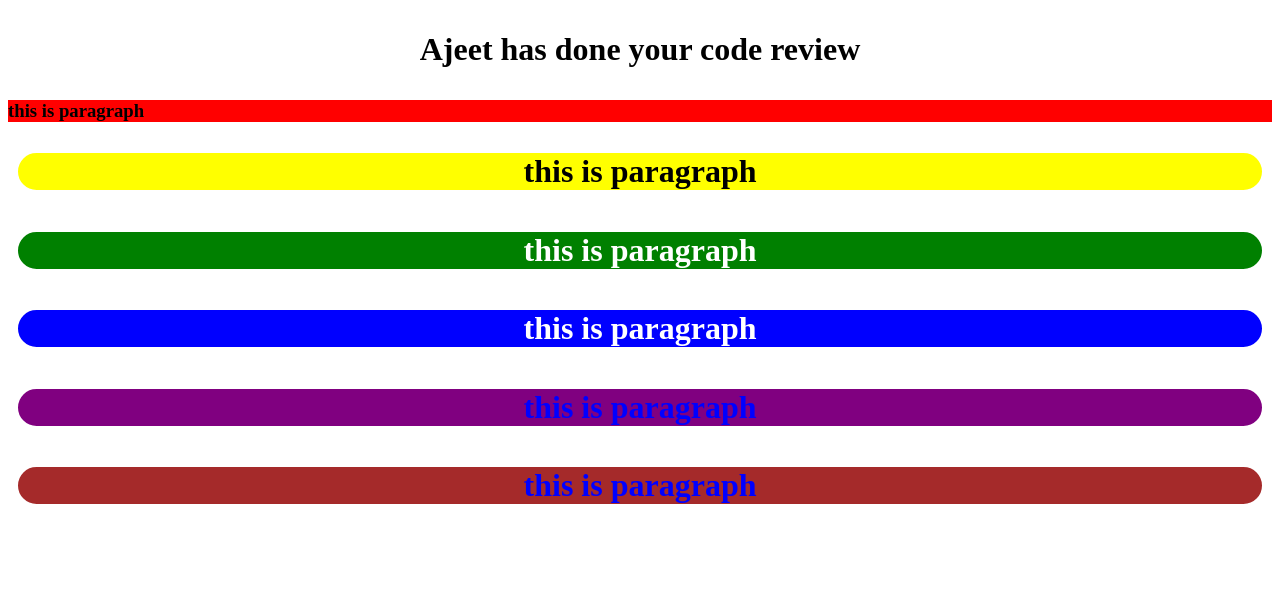
Repository: 1ShivamPandey/shivamajeetcodes
Page: index.html
An editor plug-in stored every save of this project. The page is shown before and after the next save, followed by the edit.
The browser window is 1280 px wide. The pictures show the whole page.

Above is the page before, as saved 2020-09-14 17:20:14.

### index.html
<!DOCTYPE html>
<html lang="en">
  <head>
    <meta charset="UTF-8" />
    <meta name="viewport" content="width=device-width, initial-scale=1.0" />
    <title>Document</title>
  </head>

  <body>
    <h1><b >Ajeet has done your code review</b></h1>
    <h3 class="text-black" id="background-red">this is paragraph</h1>
    <h1 class="text-black" id="background-yellow">this is paragraph</h1>
    <h1 class="text-white" id="background-green">this is paragraph</h1>
    <h1 class="text-white" id="background-blue">this is paragraph</h1>
    <h1 class="text-blue" id="background-purple">this is paragraph</h1>
    <h1 class="text-blue" id="background-brown">this is paragraph</h1>
  </body>

  <style>
    h1 {
      border: 10px solid white;
      text-align: center;
      border-radius: 100px;
    }

    #background-red {
      background-color: red;
    }
    #background-yellow {
      background-color: yellow;
    }
    #background-green {
      background-color: green;
    }
    #background-blue {
      background-color: blue;
    }
    #background-purple {
      background-color: purple;
    }
    #background-brown {
      background-color: brown;
    }

    .text-black {
      color: black;
    }
    .text-white {
      color: white;
    }
    .text-blue {
      color: blue;
    }
  </style>
</html>

After the next save:
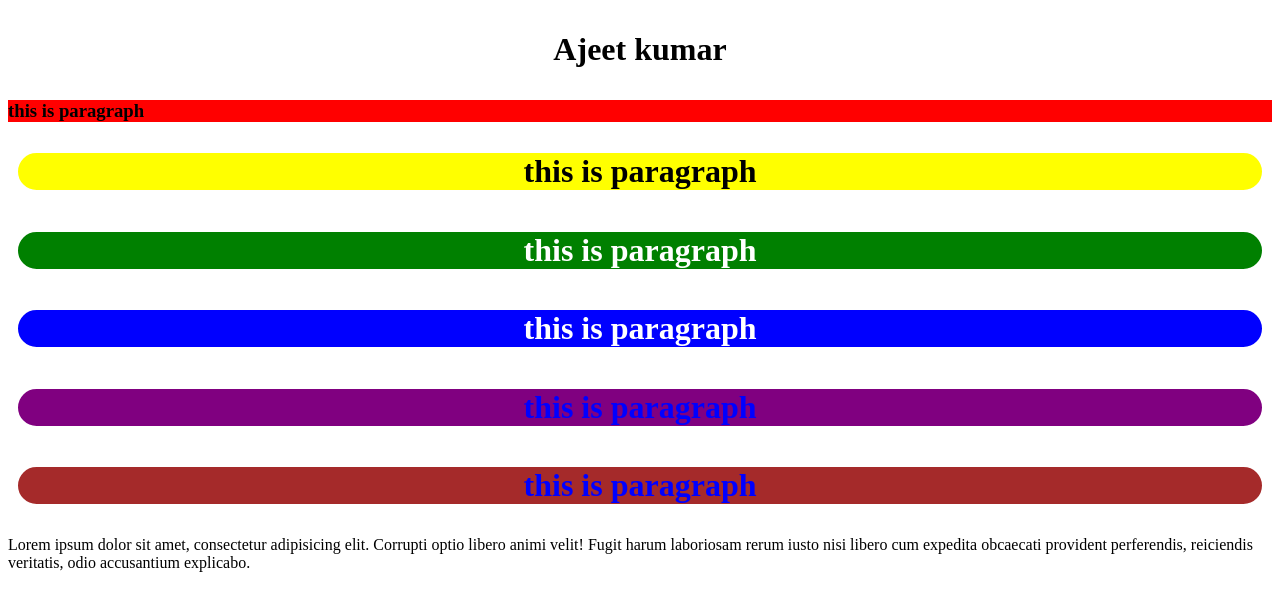
Saved 2 days later.
--- a/index.html
+++ b/index.html
@@ -7,13 +7,17 @@
   </head>
 
   <body>
-    <h1><b >Ajeet has done your code review</b></h1>
+    <h1><b >Ajeet kumar</b></h1>
     <h3 class="text-black" id="background-red">this is paragraph</h1>
     <h1 class="text-black" id="background-yellow">this is paragraph</h1>
     <h1 class="text-white" id="background-green">this is paragraph</h1>
     <h1 class="text-white" id="background-blue">this is paragraph</h1>
     <h1 class="text-blue" id="background-purple">this is paragraph</h1>
     <h1 class="text-blue" id="background-brown">this is paragraph</h1>
+    <p>Lorem ipsum dolor sit amet, consectetur adipisicing elit. Corrupti
+       optio libero animi velit! Fugit harum laboriosam rerum iusto nisi libero
+       cum expedita obcaecati provident perferendis, reiciendis veritatis,
+       odio accusantium explicabo.</p>
   </body>
 
   <style>
